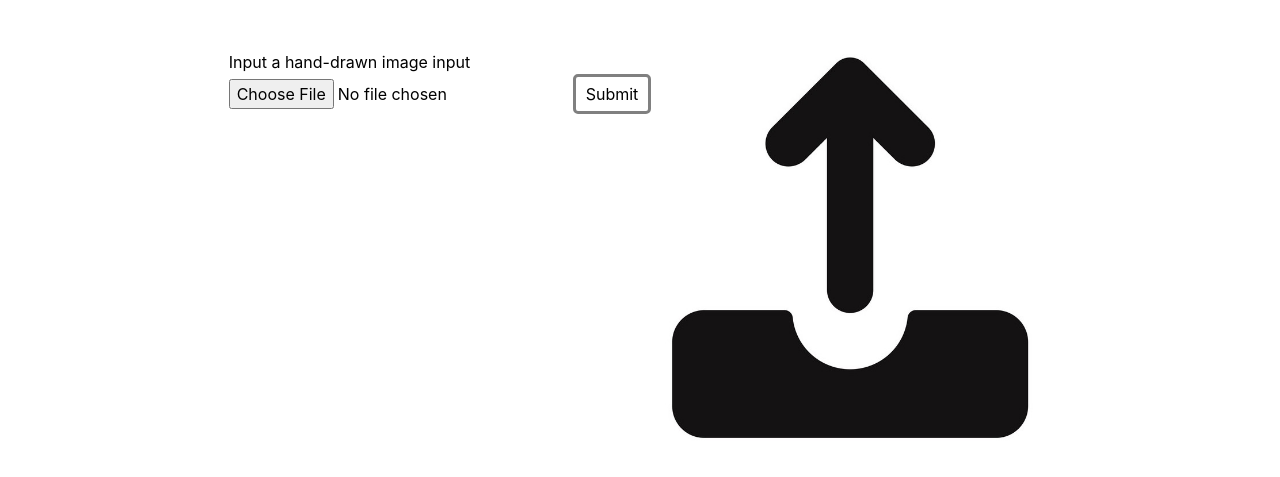
Repository: Laanith/TensorflowModelDeployment
Page: / (app in tensorflownode/)
An editor plug-in stored every save of this project. The page is shown before and after the next save, followed by the edit.
The browser window is 1280 px wide. The pictures show the whole page.
The project was rebuilt for these pictures with package versions that can differ from the ones it lists, and the page was loaded fresh each time.

Above is the page before, as saved 2023-10-24 11:22:35.

### tensorflownode/src/index.css
@tailwind base;
@tailwind components;
@tailwind utilities;

body {
  margin: 0;
  font-family: -apple-system, BlinkMacSystemFont, 'Segoe UI', 'Roboto', 'Oxygen',
    'Ubuntu', 'Cantarell', 'Fira Sans', 'Droid Sans', 'Helvetica Neue',
    sans-serif;
  -webkit-font-smoothing: antialiased;
  -moz-osx-font-smoothing: grayscale;
}

code {
  font-family: source-code-pro, Menlo, Monaco, Consolas, 'Courier New',
    monospace;
}


.submitButton {
  border: 3px solid grey;
  padding: 5px 10px;
  border-radius: 5px;
}

### tensorflownode/src/App.js
import React from "react";
import "./index.css";
import { useState, useRef } from "react";

function App() {
  const [file, setFile] = useState("");
  const [formData, setFormData] = useState({ data: "" });
  const [message, setMessage] = useState("");

    const [uploaded, setUploaded] = useState(false);

    const handleUpload = (e) => {
        e.preventDefault();
        const selectedFile = e.target.files[0];
        console.log(selectedFile);
        console.log(selectedFile.name);
        console.log(selectedFile.lastModified);
        console.log(selectedFile.lastModifiedDate);
        console.log(selectedFile.webkitRelativePath);
        console.log(selectedFile.size);


        // console.log(typeof (selectedFile));
        setFile(selectedFile);
        setUploaded(true);
        // const updatedFormData = new FormData();
        // setFormData(updatedFormData);

    };

  const handleSubmit = async (event) => {
    event.preventDefault();
    try {
      const response = await fetch("http://localhost:8000/", {
        method: "POST",
        headers: {
          "Content-type": "application/json",
        },
        body: JSON.stringify(formData),
      });

      if (response.ok) {
        setMessage("Data sent succesfully");
      } else {
        setMessage("Data not sent !");
      }
    } catch (error) {
      console.error(error);
    }
  };

  return (
    <div className="flex w-full my-[50px] justify-center">
      <form encType="multipart/form-data">
        <h3>Input a hand-drawn image input</h3>
        <input
          type="file"
          accept="image/*"
          name="image-input"
          required
          onChange={handleUpload}
        ></input>
        <button type="submit" className="submitButton">
          Submit
        </button>
      </form>
      <br></br>
      <div id="imgpreview" className="block">
        {!uploaded && (
          <img
            alt="none"
            className="w-[400px] h-[400px] object-cover"
            src="/upload.jpg"
          ></img>
        )}
        {uploaded && (
          <img
            alt="none"
            className="w-[400px] h-[400px] object-cover"
            src={URL.createObjectURL(file)}
          ></img>
        )}
      </div>
      <br></br>
      <br></br>
      <br></br>
      <p>{message}</p>
    </div>
  );
}

export default App;

Loaded but not shown: tensorflownode/public/index.html (common file); tensorflownode/src/index.js (common file); tensorflownode/src/reportWebVitals.js (common file); tensorflownode/tailwind.config.js (common file)

After the next save:
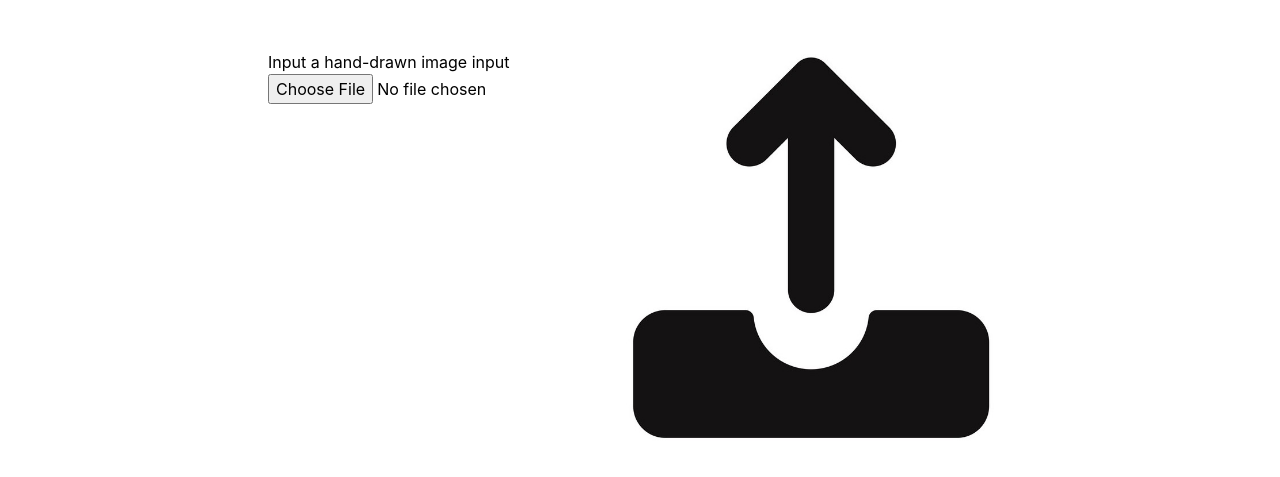
Saved 8 s later.
--- a/tensorflownode/src/App.js
+++ b/tensorflownode/src/App.js
@@ -60,9 +60,6 @@ function App() {
           required
           onChange={handleUpload}
         ></input>
-        <button type="submit" className="submitButton">
-          Submit
-        </button>
       </form>
       <br></br>
       <div id="imgpreview" className="block">
